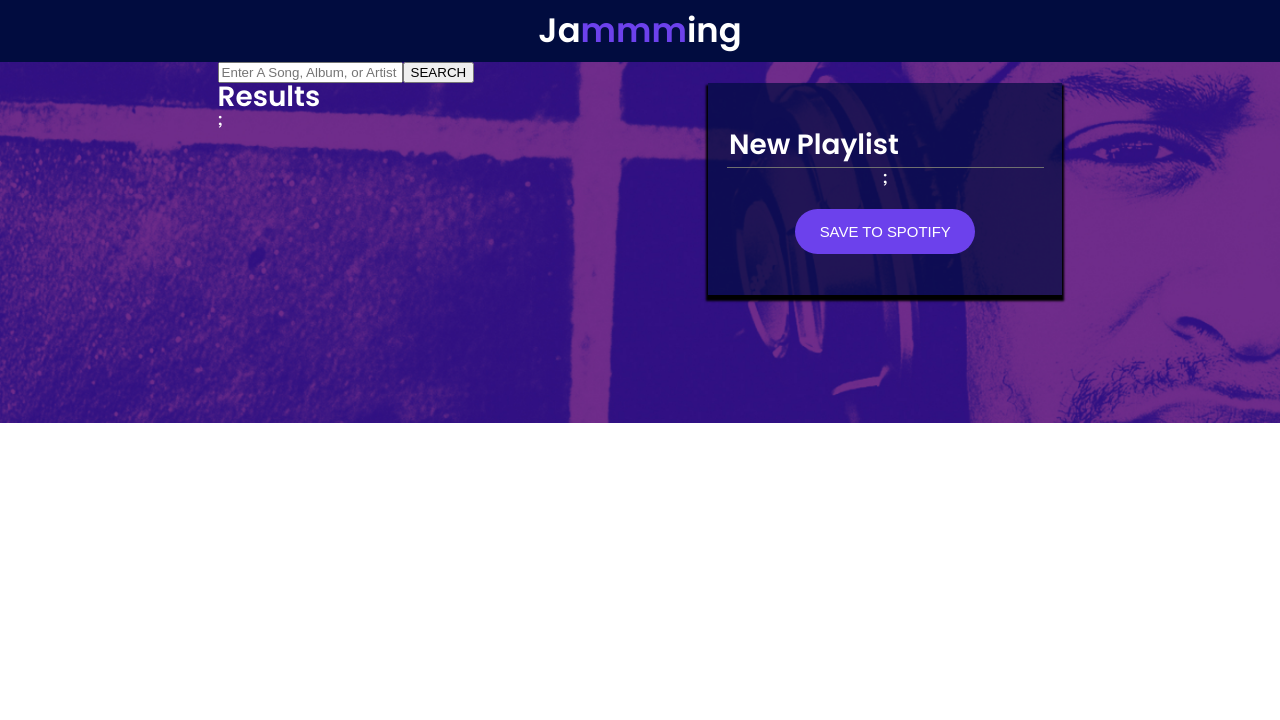
Repository: Haviles04/jammming
Page: /
An editor plug-in stored every save of this project. The page is shown before and after the next save, followed by the edit.
The browser window is 1280 px wide. The pictures show the whole page.
The project was rebuilt for these pictures with package versions that can differ from the ones it lists, and the page was loaded fresh each time. Also part of the build but not shown: src/components/Track/Track.jsx.

Above is the page before, as saved 2022-10-26 10:09:54.

After the next save:
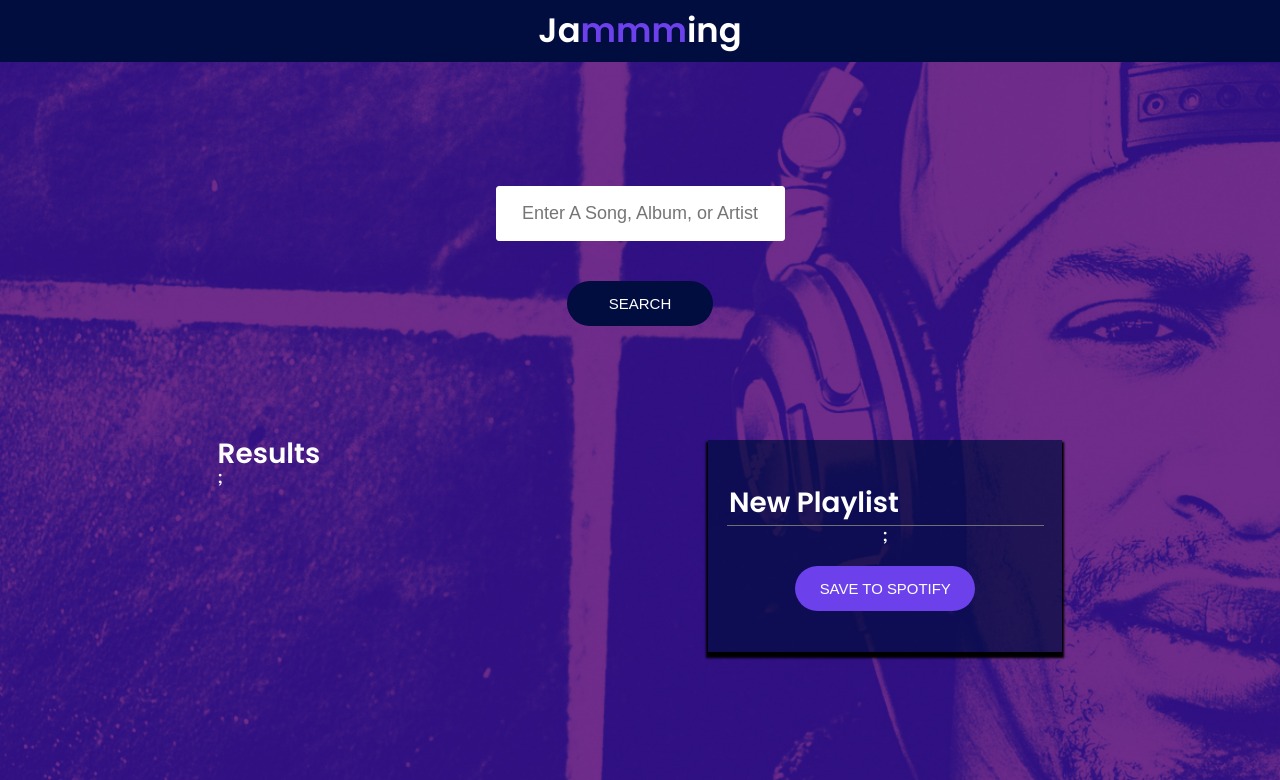
Saved 29 s later.
--- a/src/components/SearchBar/SearchBar.jsx
+++ b/src/components/SearchBar/SearchBar.jsx
@@ -1,5 +1,5 @@
 import React from "react";
-
+import './SearchBar.css'
 function SearchBar() {
   return (
     <div className="SearchBar">
